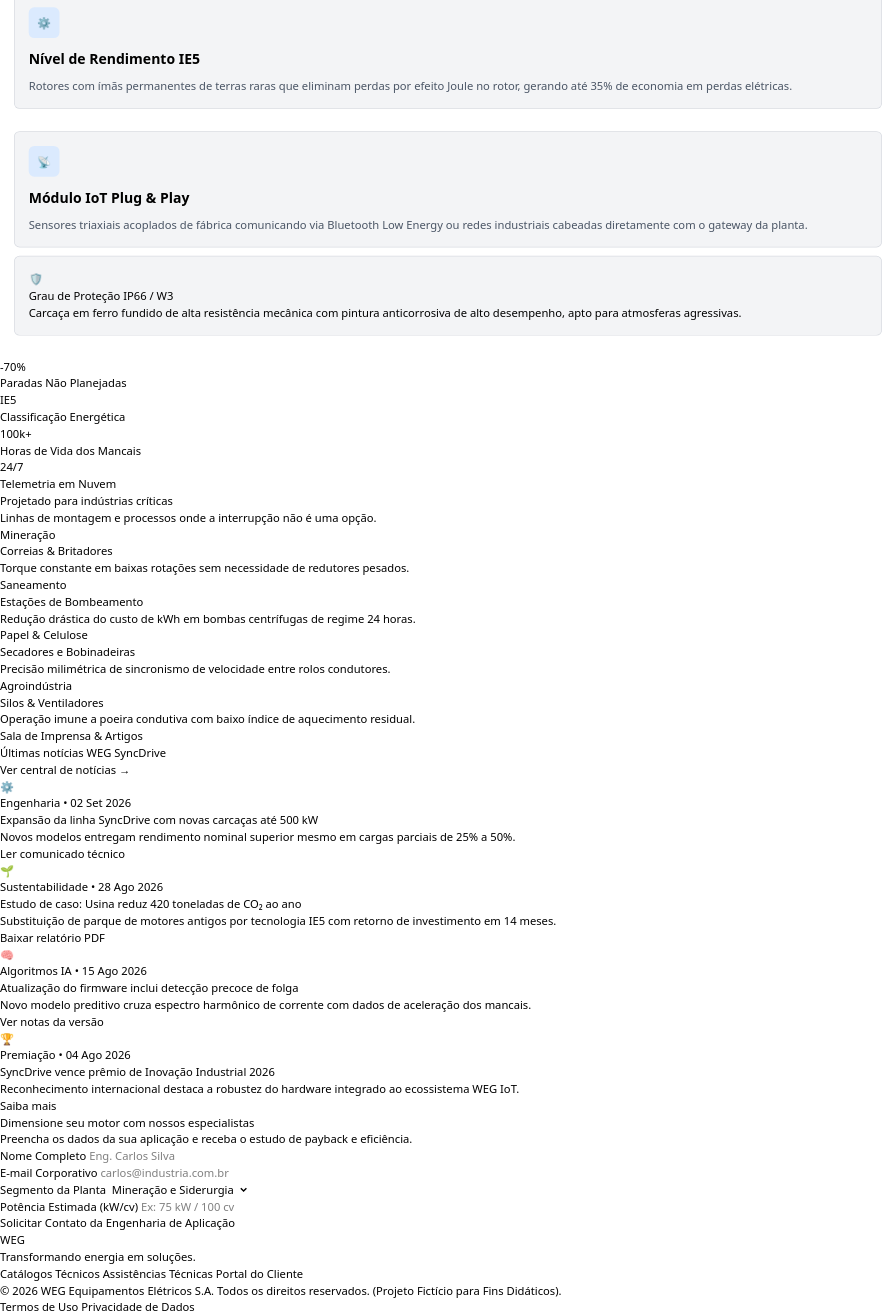
Repository: camilewng/Exercicio-Tailwind
Page: index.html
The author's editor kept a copy of each file at every save. The page is drawn from the files as they stood at one save, then again after a run of saves.
The browser window is 1280 px wide. The pictures show the part of the page from y = 1218 to 3138 px (the page is 3098 px tall before and 3138 px after), at 70% of full size.

Above is the page before, as saved 2026-09-08 21:28:58.

After the next 2 saves:
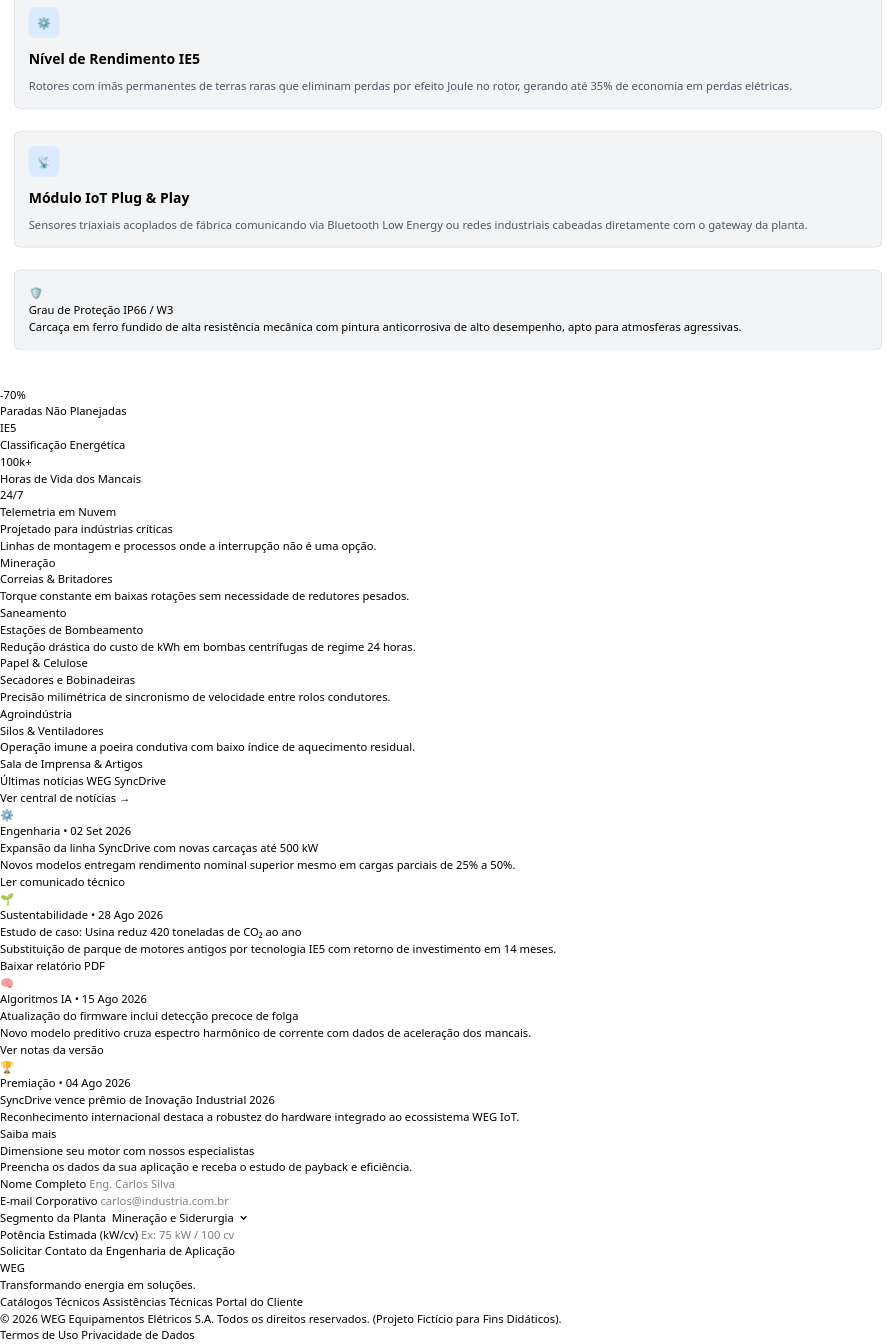
The 2 saves are shown as one change because they came seconds apart.
The last was saved 2 min 9 s later.
--- a/index.html
+++ b/index.html
@@ -138,13 +138,13 @@
             <p class="text-gray-600">Rotores com ímãs permanentes de terras raras que eliminam perdas por efeito Joule no rotor, gerando até 35% de economia em perdas elétricas.</p>
           </article>
 
-          <article class="bg-gray-100 p-5 rounded-lg border border-gray-300/80 mb-3">
+          <article class="bg-gray-100 p-5 rounded-lg border border-gray-300/80 mb-8">
             <div class="flex justify-center items-center bg-blue-100 w-11 h-11 rounded-lg mb-4">📡</div>
             <h3 class="text-xl font-bold mb-3">Módulo IoT Plug & Play</h3>
             <p class="text-gray-600">Sensores triaxiais acoplados de fábrica comunicando via Bluetooth Low Energy ou redes industriais cabeadas diretamente com o gateway da planta.</p>
           </article>
 
-          <article class="bg-gray-100 p-5 rounded-lg border border-gray-300/80 mb-3">
+          <article class="bg-gray-100 p-5 rounded-lg border border-gray-300/80 mb-8">
             <div>🛡️</div>
             <h3>Grau de Proteção IP66 / W3</h3>
             <p>Carcaça em ferro fundido de alta resistência mecânica com pintura anticorrosiva de alto desempenho, apto para atmosferas agressivas.</p>
